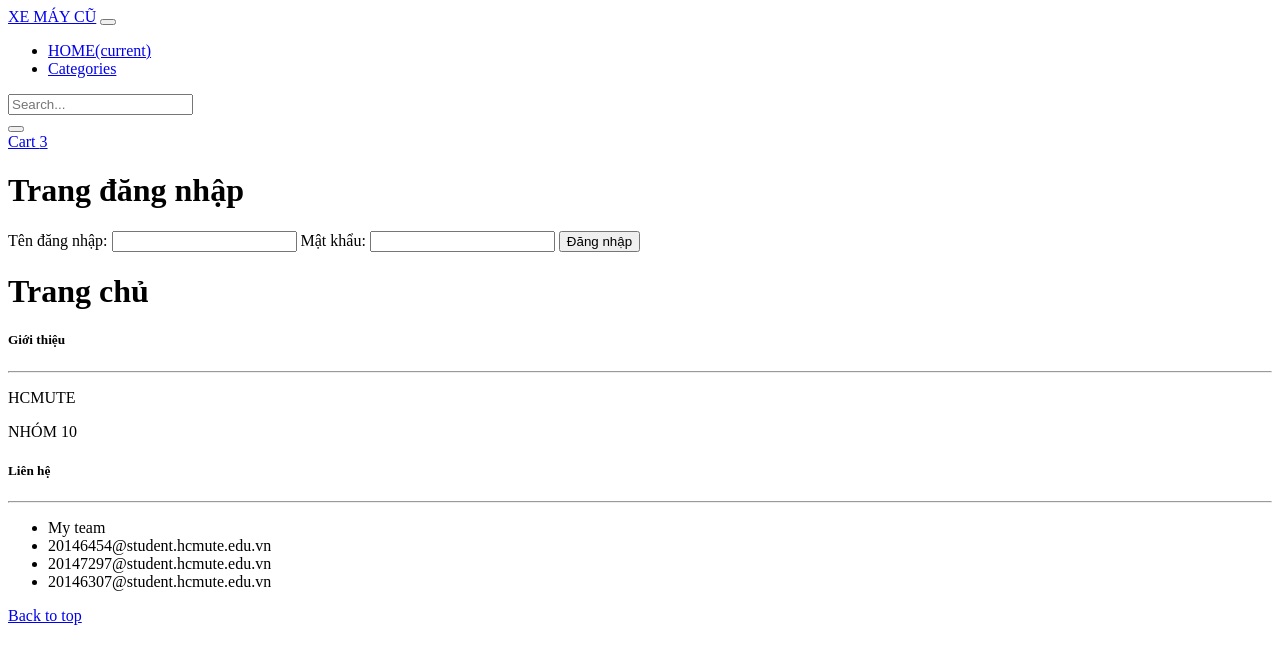
Repository: vule2809/LTW-20146307
Page: Banxemay_nhom10/src/main/webapp/index.html
An editor plug-in stored every save of this project. The page is shown before and after the next save, followed by the edit.
The browser window is 1280 px wide. The pictures show the whole page.

Above is the page before, as saved 2023-12-10 11:40:28.

### Banxemay_nhom10/src/main/webapp/index.html
<!DOCTYPE html>
<html>

<head>
	<meta charset="UTF-8">
	<title>BÁN XE MÁY</title>
</head>

<body>

	<header>

		<nav class="navbar navbar-expand-md navbar-dark bg-dark">
			<div class="container">
				<a class="navbar-brand" href="index.html">XE MÁY CŨ</a>
				<button class="navbar-toggler" type="button" data-toggle="collapse" data-target="#navbarsExampleDefault"
					aria-controls="navbarsExampleDefault" aria-expanded="false" aria-label="Toggle navigation">
					<span class="navbar-toggler-icon"></span>
				</button>

				<div class="collapse navbar-collapse justify-content-end" id="navbarsExampleDefault">
					<ul class="navbar-nav m-auto">
						<li class="nav-item active">
							<a class="nav-link" href="#">HOME<span class="sr-only">(current)</span></a>
						</li>
						<li class="nav-item">
							<a class="nav-link" href="category.html">Categories</a>
						</li>
					</ul>

					<form class="form-inline my-2 my-lg-0">
						<div class="input-group input-group-sm">
							<input type="text" class="form-control" placeholder="Search...">
							<div class="input-group-append">
								<button type="button" class="btn btn-secondary btn-number">
									<i class="fa fa-search"></i>
								</button>
							</div>
						</div>
						<a class="btn btn-success btn-sm ml-3" href="cart.html">
							<i class="fa fa-shopping-cart"></i> Cart
							<span class="badge badge-light">3</span>
						</a>
					</form>
				</div>
			</div>
		</nav>

	</header>

	<main>

		<h1>Trang đăng nhập</h1>
		<form>
			<label for="username">Tên đăng nhập:</label>
			<input type="text" id="username" name="username">
			<label for="password">Mật khẩu:</label>
			<input type="password" id="password" name="password">
			<button type="submit">Đăng nhập</button>
		</form>

		<h1>Trang chủ</h1>
		<!-- Thêm nội dung cho trang chủ -->


	</main>

	<footer>
		<!-- Footer -->
			<footer class="text-light">
				<div class="container">
					<div class="row">
						<div class="col-md-3 col-lg-4 col-xl-3">
							<h5>Giới thiệu</h5>
							<hr class="bg-white mb-2 mt-0 d-inline-block mx-auto w-25">
							<p class="mb-0">HCMUTE</p>
							<p class="mb-0">NHÓM 10</p>
						</div>

						<div class="col-md-4 col-lg-3 col-xl-3">
							<h5>Liên hệ</h5>
							<hr class="bg-white mb-2 mt-0 d-inline-block mx-auto w-25">
							<ul class="list-unstyled">
								<li><i class="fa fa-home mr-2"></i> My team</li>
								<li><i class="fa fa-envelope mr-2"></i> 20146454@student.hcmute.edu.vn</li>
								<li><i class="fa fa-envelope mr-2"></i> 20147297@student.hcmute.edu.vn</li>
								<li><i class="fa fa-envelope mr-2"></i> 20146307@student.hcmute.edu.vn</li>
							</ul>
						</div>
						<div class="col-12 copyright mt-3">
							<p class="float-left">
								<a href="#">Back to top</a>
							</p>

						</div>
					</div>
				</div>
			</footer>
	</footer>

</body>

</html>

After the next save:
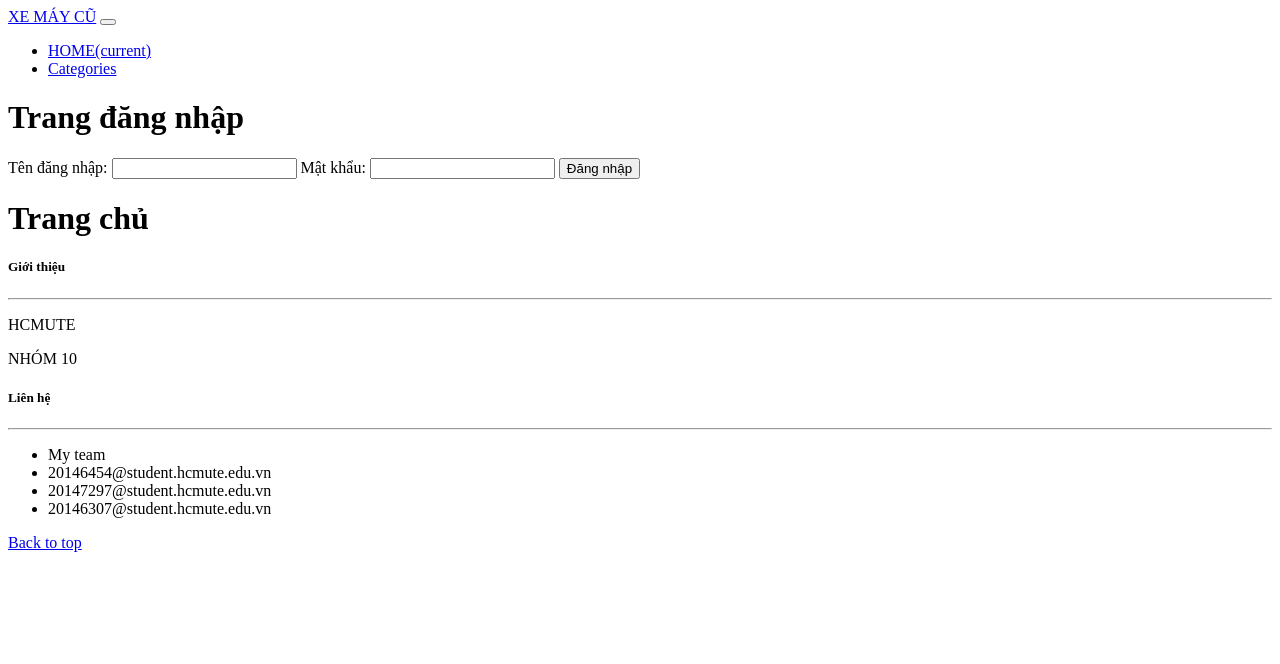
Saved 17 s later.
--- a/Banxemay_nhom10/src/main/webapp/index.html
+++ b/Banxemay_nhom10/src/main/webapp/index.html
@@ -28,20 +28,6 @@
 						</li>
 					</ul>
 
-					<form class="form-inline my-2 my-lg-0">
-						<div class="input-group input-group-sm">
-							<input type="text" class="form-control" placeholder="Search...">
-							<div class="input-group-append">
-								<button type="button" class="btn btn-secondary btn-number">
-									<i class="fa fa-search"></i>
-								</button>
-							</div>
-						</div>
-						<a class="btn btn-success btn-sm ml-3" href="cart.html">
-							<i class="fa fa-shopping-cart"></i> Cart
-							<span class="badge badge-light">3</span>
-						</a>
-					</form>
 				</div>
 			</div>
 		</nav>
